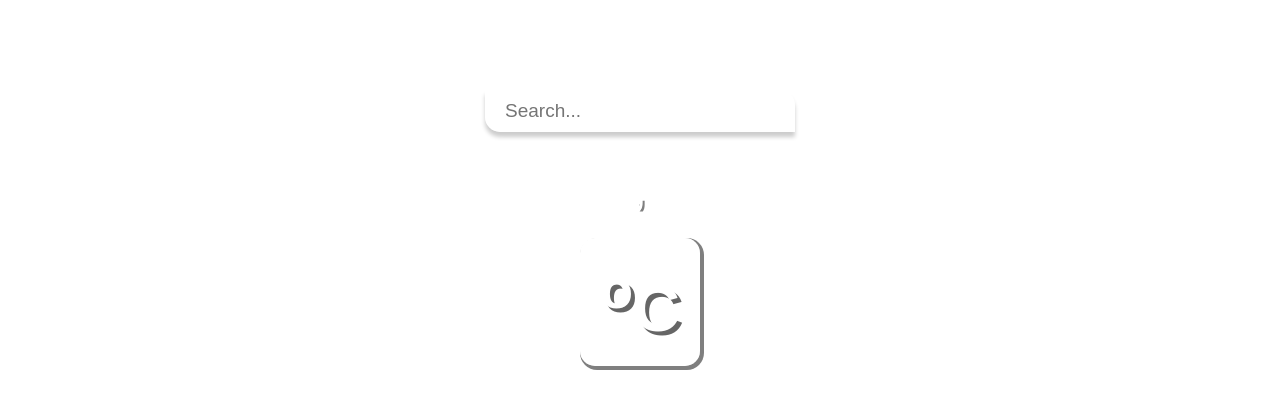
Repository: HoanTiny/30projects-30day
Page: Day 9/index.html
The author's editor kept a copy of each file at every save. The page is drawn from the files as they stood at one save, then again after the next save.
The browser window is 1280 px wide. The pictures show the whole page.
The page's requests for data from a server got no answer.

Above is the page before, as saved 2021-12-10 14:45:45.

After the next save:
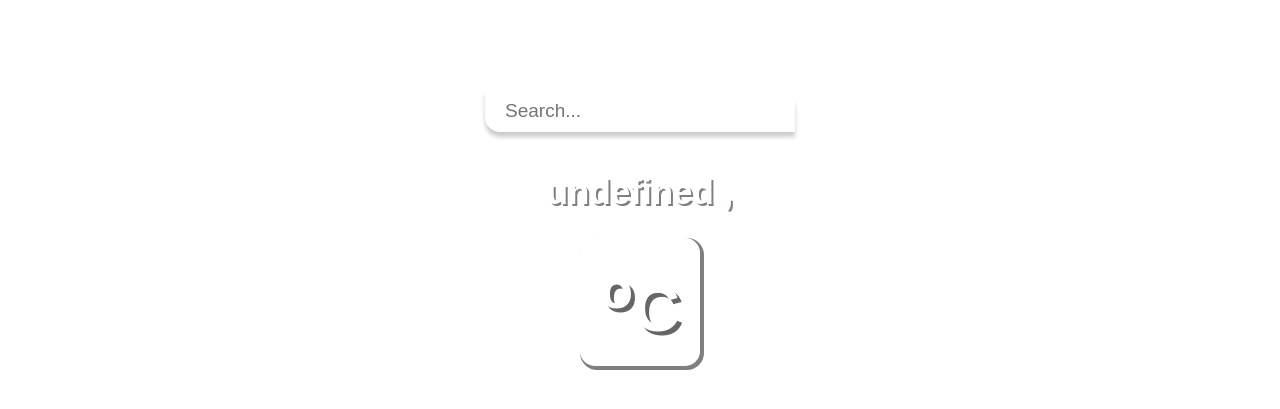
Saved 7 min 8 s later.
--- a/Day 9/app.js
+++ b/Day 9/app.js
@@ -1,11 +1,16 @@
 const input = document.querySelector(".input-search");
+const city = document.querySelector(".city");
 
-const url = `https://api.openweathermap.org/data/2.5/weather?q=HaNoi&units=metric&appid=d78fd1588e1b7c0c2813576ba183a667`;
+const url = `https://api.openweathermap.org/data/2.5/weather?q=${input}&units=metric&appid=d78fd1588e1b7c0c2813576ba183a667`;
 
-function getWeather() {
+function getWeather(input) {
     fetch(url)
         .then((response) => response.json)
-        .then((data) => console.log(data));
+        .then((data) => changeWeatherUI(weather));
 }
 
-getWeather();
+function changeWeatherUI(weather) {
+    city.innerHTML = weather.country;
+}
+
+changeWeatherUI("Bac Giang");

After the save that followed:
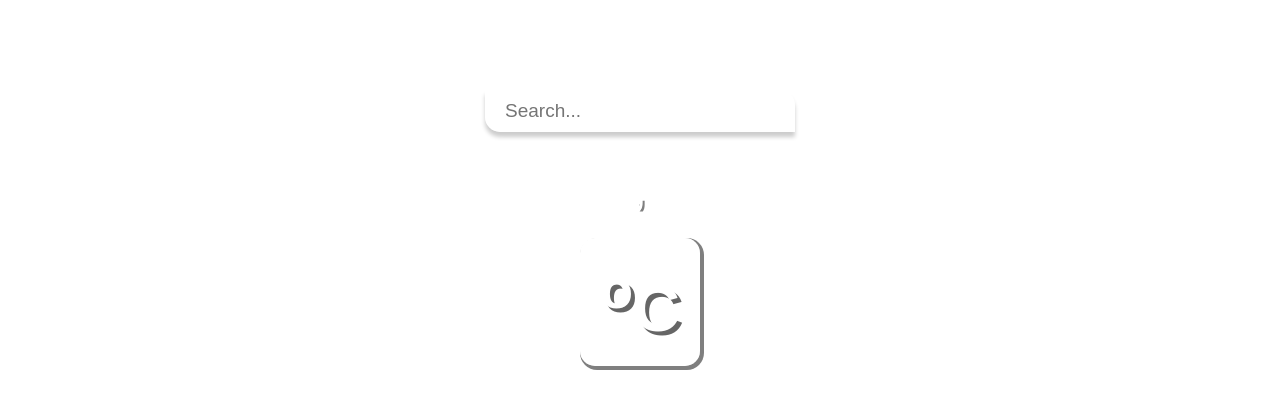
Saved 20 s later.
--- a/Day 9/app.js
+++ b/Day 9/app.js
@@ -10,7 +10,7 @@
 }
 
 function changeWeatherUI(weather) {
-    city.innerHTML = weather.country;
+    city.innerHTML = input.value;
 }
 
 changeWeatherUI("Bac Giang");
